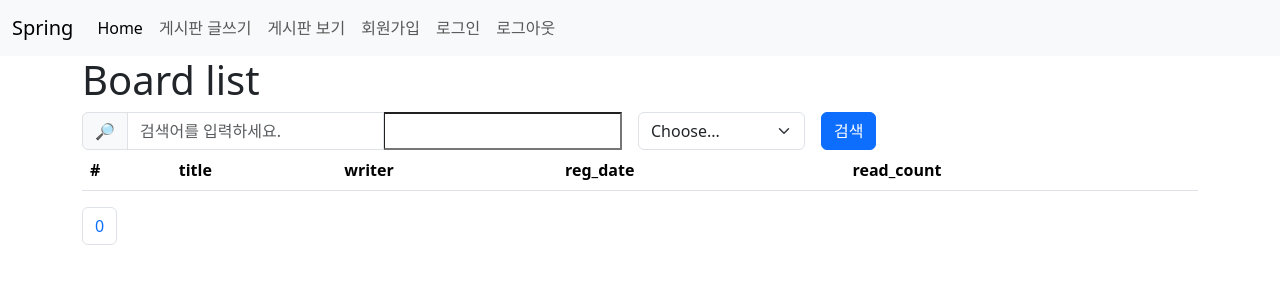
Repository: kimnoanoa/springTest240430
Page: http://localhost/spring_study/WEB-INF/views/board/list.jsp
These files come from the project's save history. The page is drawn as it stood at one moment and after the next save; the edit follows.
The browser window is 1280 px wide. The pictures show the whole page.
The page is served by Tomcat 9. Nobody is signed in. The template is opened directly, without the code that normally fills it, so the values that code supplies are empty.

Above is the page before, as saved 2024-04-25 02:43:50.

After the next save:
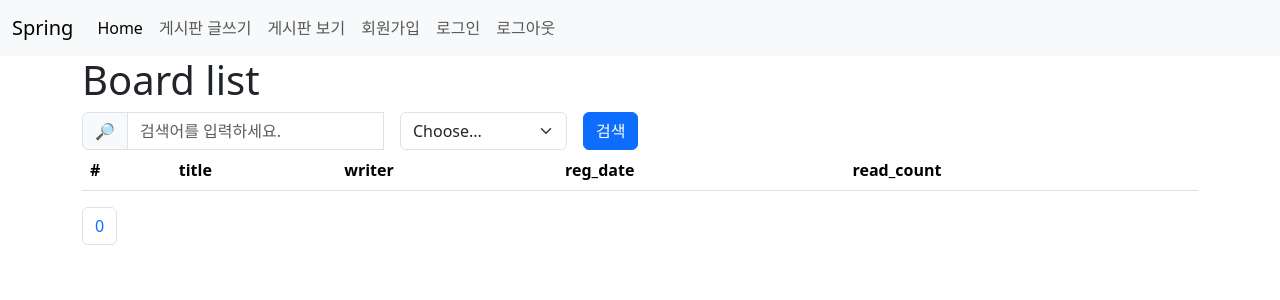
Saved 62 s later.
--- a/spring_study/src/main/webapp/WEB-INF/views/board/list.jsp
+++ b/spring_study/src/main/webapp/WEB-INF/views/board/list.jsp
@@ -12,7 +12,8 @@
     <div class="input-group">
       <div class="input-group-text">🔎</div>
       <input type="text" name="keyword" class="form-control" id="inlineFormInputGroupUsername" placeholder="검색어를 입력하세요.">
-      <input type="">
+      <input type="hidden" name="pageNo" value="1">
+      <input type="hidden" name="qty" value="10">
     </div>
   </div>
 
